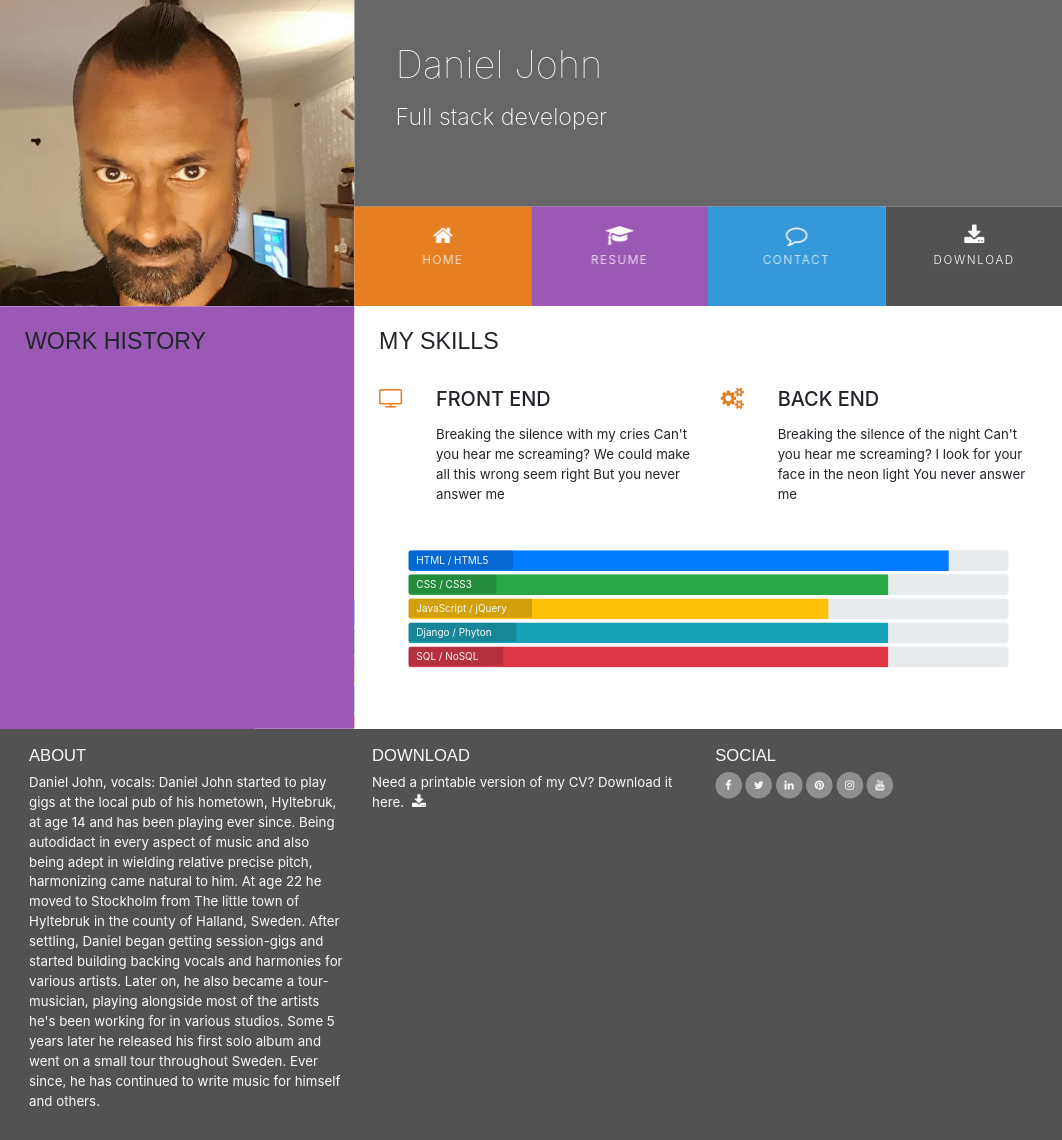
Repository: Jadehammar/initial-commit
Page: resume.html
The author's editor kept a record of every edit. The page is drawn from the files as they stood at one moment, then again after the next edit.
The browser window is 1280 px wide. The pictures show the whole page, at 83% of full size.

Above is the page before.

After the next edit:
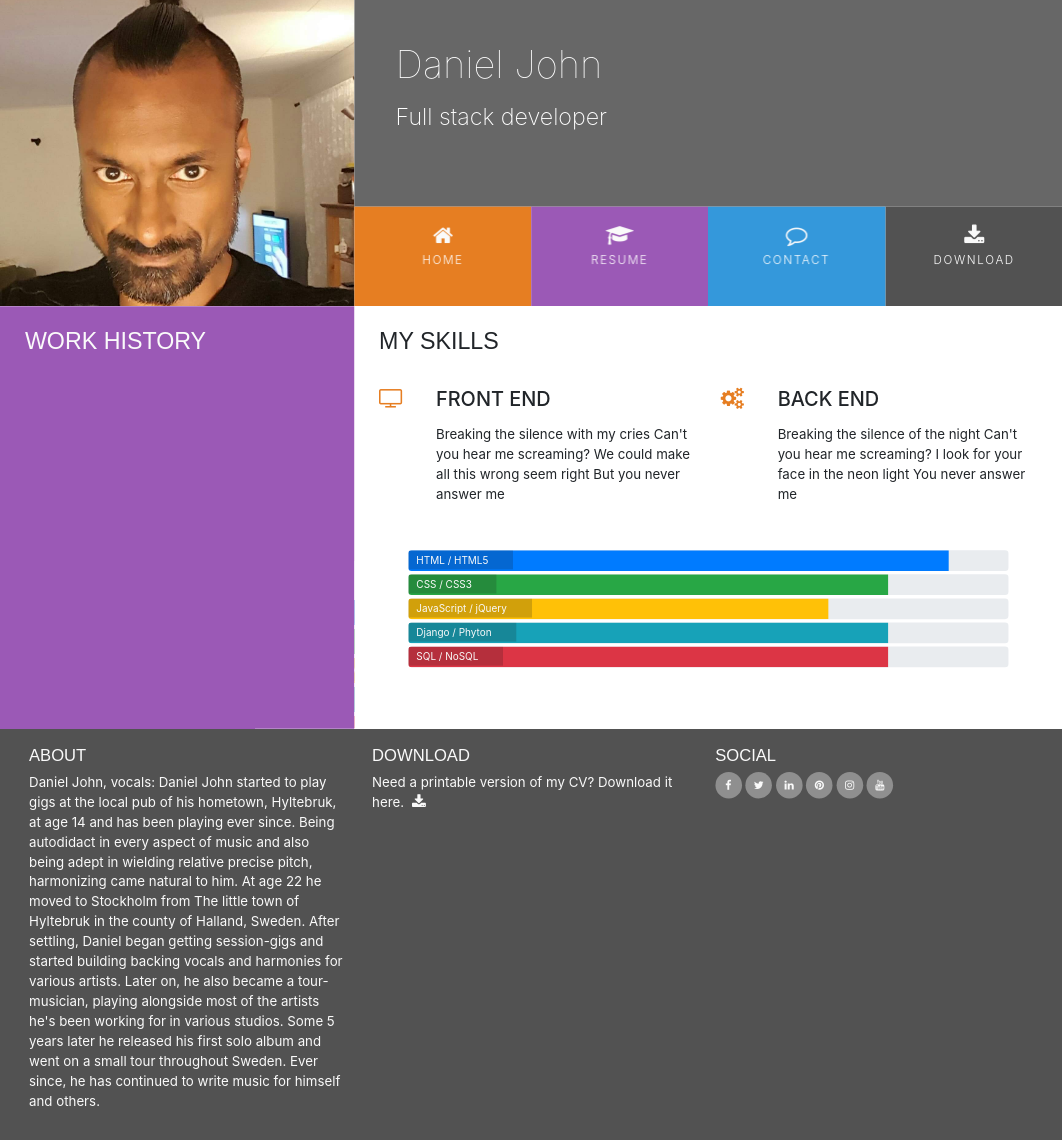
The edit:
--- a/resume.html
+++ b/resume.html
@@ -49,7 +49,7 @@
             <div class="col-md-4 bg-color-work-history section-column">
                 <div class="row">
                     <div class="col-12">
-                        <h3 class="section-heading uppercase">
+                        <h3 class="history-heading uppercase">
                             Work history
                         </h3>
                     </div>
